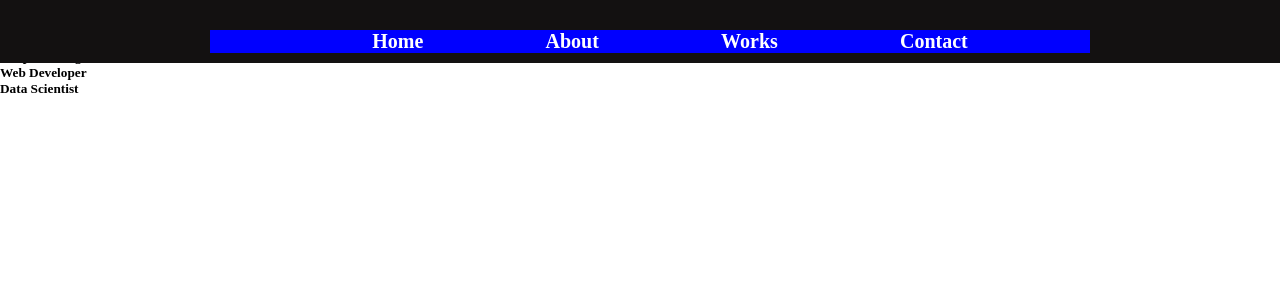
Repository: Kwabena-Kobiri/yellocoders
Page: index.html
The author's editor kept a copy of each file at every save. The page is drawn from the files as they stood at one save, then again after the next save.
The browser window is 1280 px wide. The pictures show the whole page.

Above is the page before, as saved 2021-05-05 18:50:29.

After the next save:
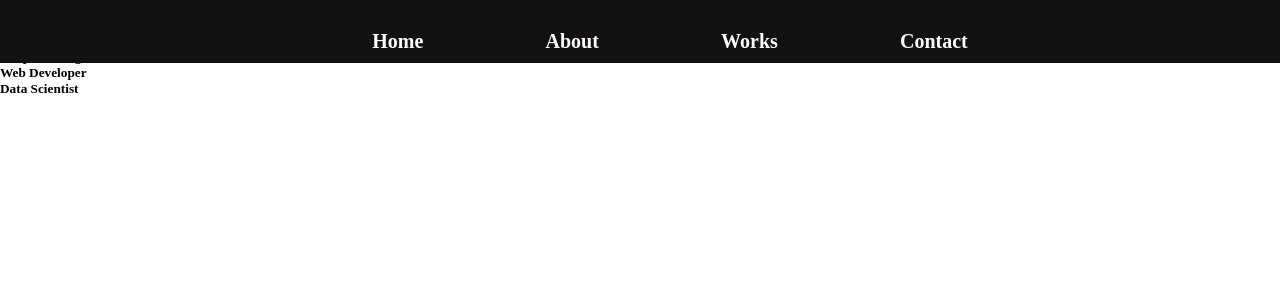
Saved 14 s later.
--- a/index.css
+++ b/index.css
@@ -16,7 +16,7 @@
 
 #nav {
     margin: 20px 200px 0px 200px;
-    background-color: blue;
+    /* background-color: blue; */
 }
 
 #nav > ul {
